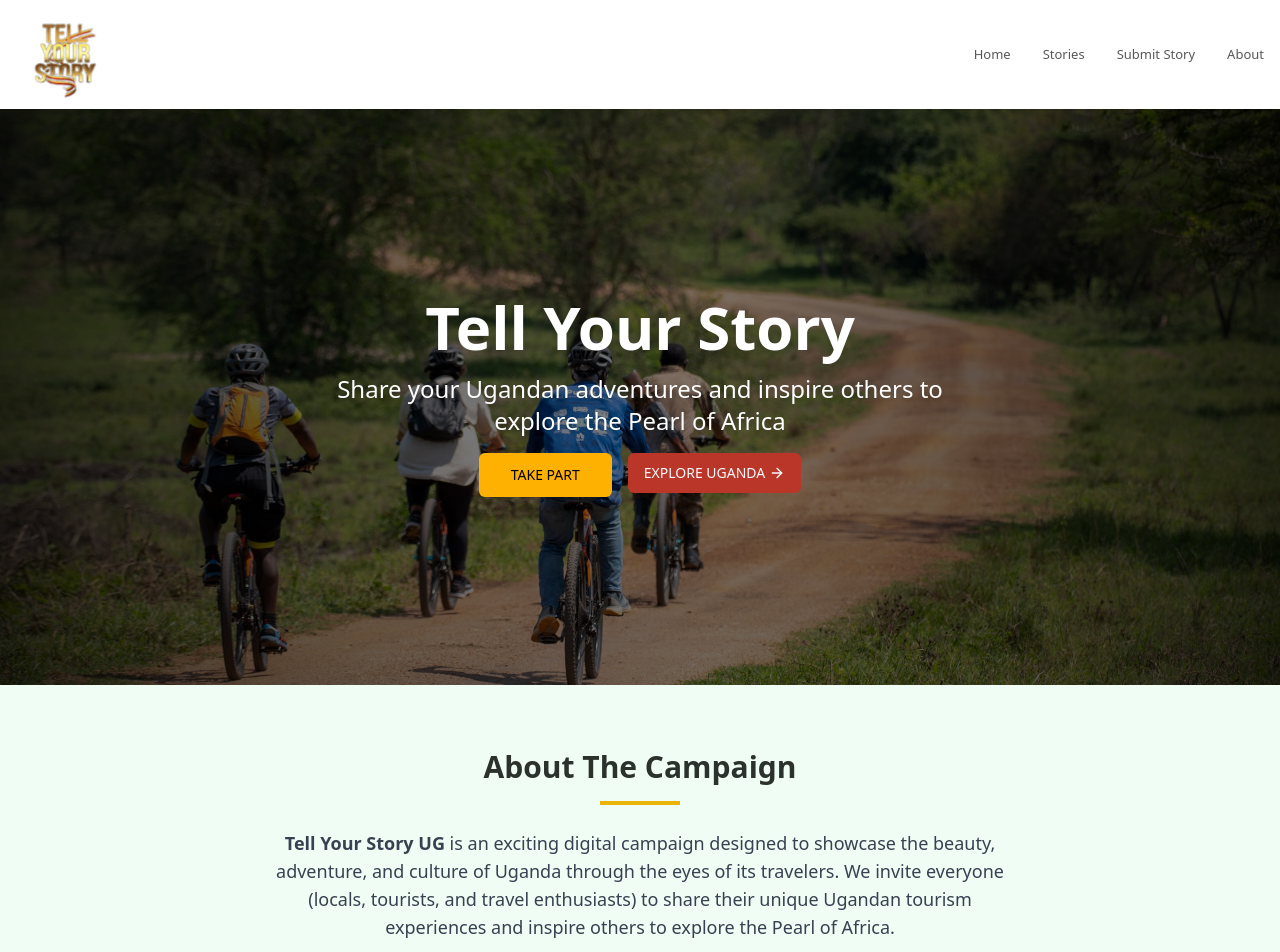
Repository: kaizoku010/take.part
Page: /
These files come from the project's save history. The page is drawn as it stood at one moment and after the next save; the edit follows.
The browser window is 1280 px wide. The pictures show the part of the page from y = 0 to 952 px (the page is 3588 px tall).
Backgrounds fixed to the window are drawn as part of the page. The project was rebuilt for these pictures with package versions that can differ from the ones it lists, and the page was loaded fresh each time. Also part of the build but not shown: vite.config.ts, src/components/ui/tooltip.tsx, src/pages/About.tsx, src/components/ui/input.tsx, src/pages/Stories.tsx, src/pages/StoryDetail.tsx, src/components/ui/use-toast.ts, src/components/ui/label.tsx and 4 more.

Above is the page before, as saved 2025-04-14 15:49:26.

After the next save:
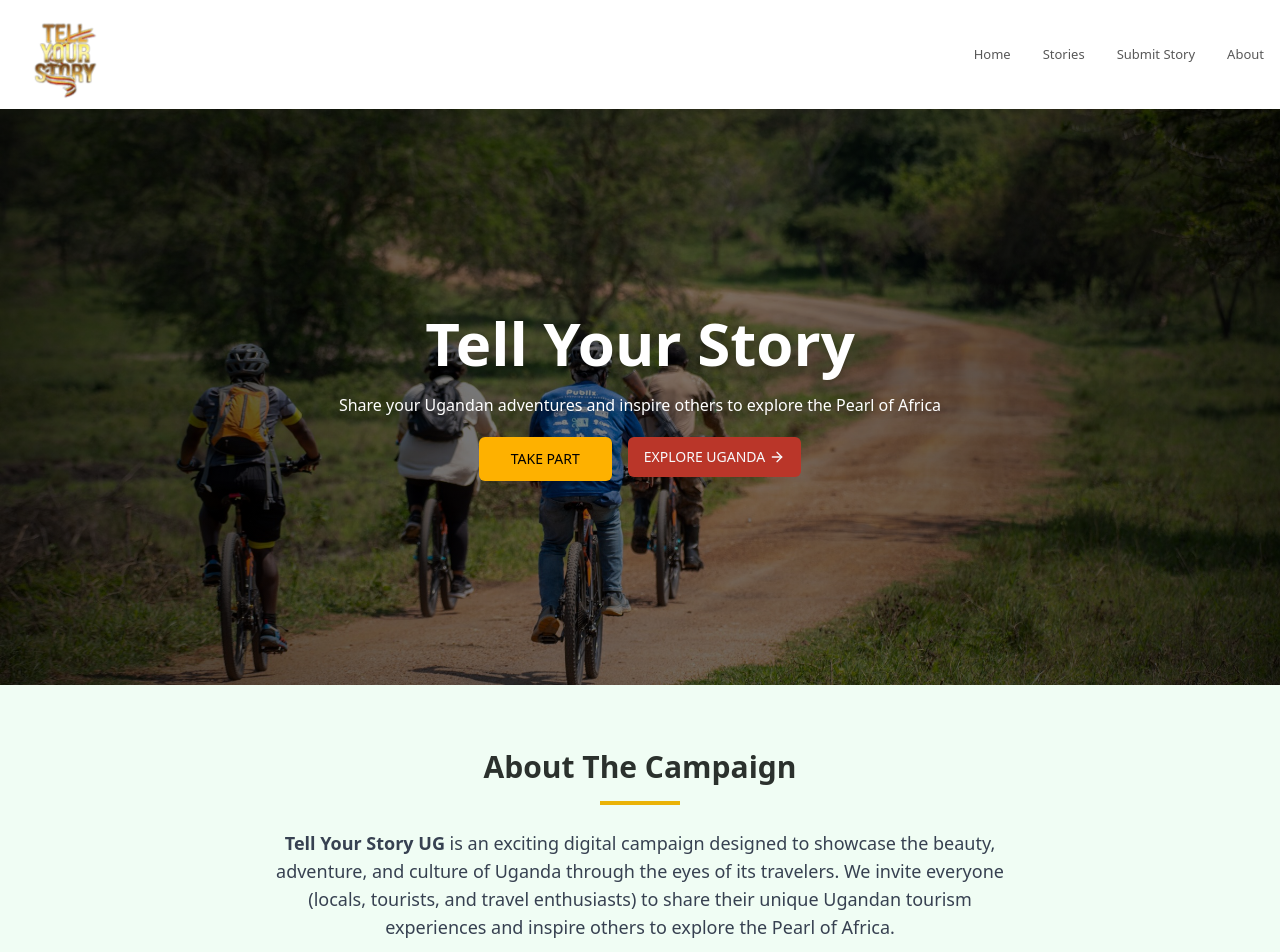
Saved 52 s later.
--- a/src/mdx.css
+++ b/src/mdx.css
@@ -1,6 +1,6 @@
-/* #hero-text{
+#hero-text{
     font-size: medium !important;
-} */
+}
 
 #logo{
     width: 6rem !important;
